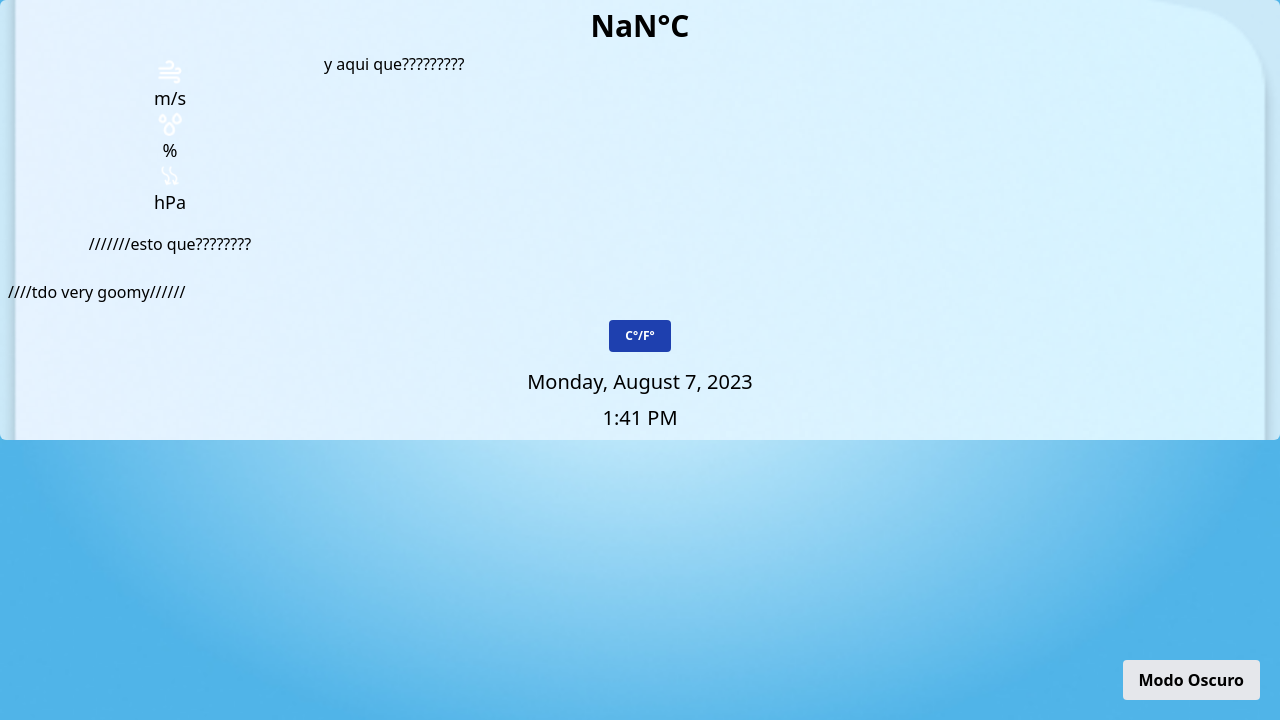
Repository: LukasMoyano/WeatherApp-_-LukasMoyano-_-V-_4.0_6.6.6
Page: /
An editor plug-in stored every save of this project. The page is shown before and after the next save, followed by the edit.
The browser window is 1280 px wide. The pictures show the whole page.
The page's requests for data from a server got no answer. The project was rebuilt for these pictures with package versions that can differ from the ones it lists, and the page was loaded fresh each time. No one was signed in, and anything a server would have sent is missing. Also part of the build but not shown: vite.config.js.

Above is the page before, as saved 2023-08-07 14:34:35.

After the next save:
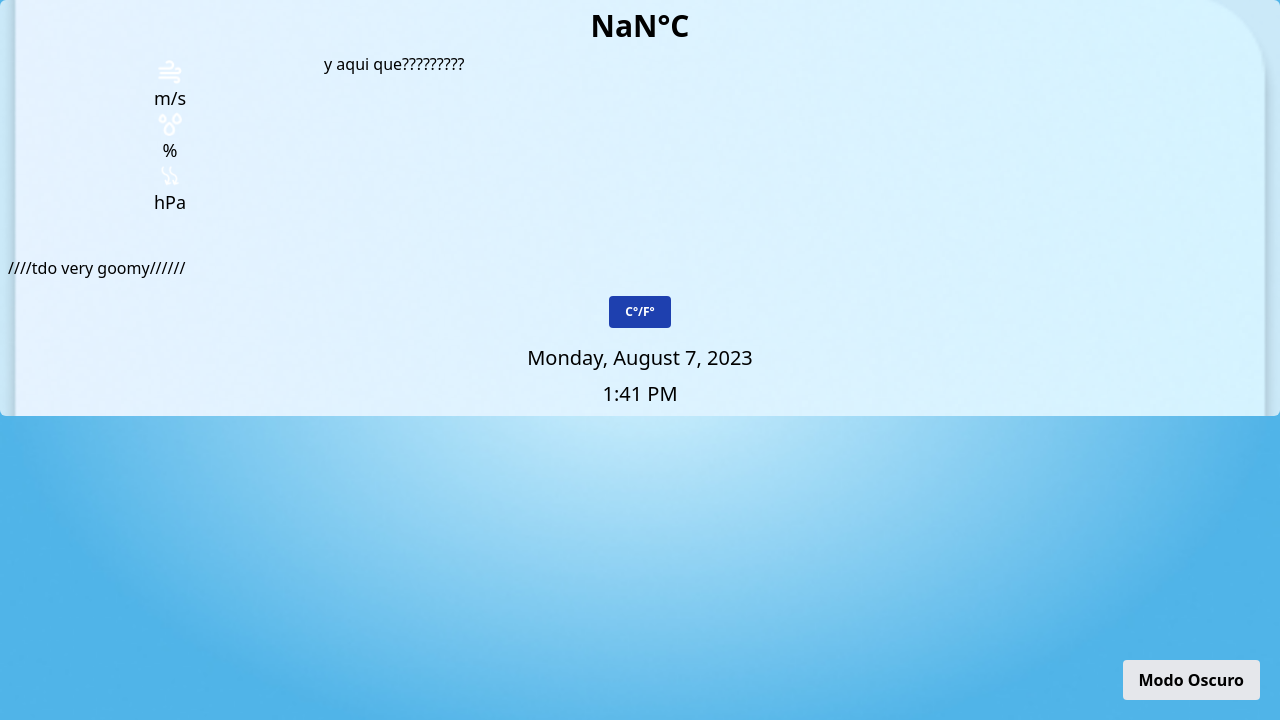
Saved 110 min 55 s later.
--- a/src/components/Weather.jsx
+++ b/src/components/Weather.jsx
@@ -95,14 +95,13 @@ const Weather = ({ weatherInfo, isDarkMode }) => {
               />
               <span className="text-lg">{weatherInfo?.main.pressure}hPa</span>
             </h4>
+
+
             {/* Nombre de la Ciudad */}
             <h2 className="text-2xl font-bold mb-4">{weatherInfo?.name}</h2>
             {/* País */}
             <p className="text-xl mb-2">{weatherInfo?.sys?.country}</p>
           </div>
-///////esto que????????
-
-
 
 <section>
   {/* Columna Derecha */}
